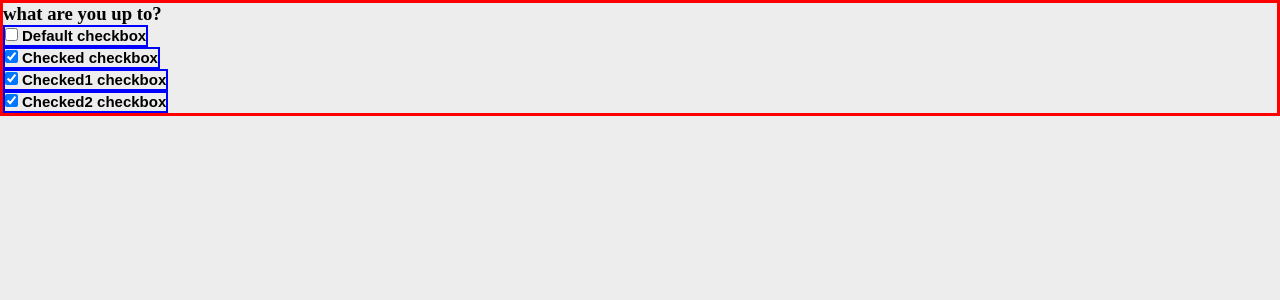
Repository: Grace229/Hasob-form
Page: index.html
An editor plug-in stored every save of this project. The page is shown before and after the next save, followed by the edit.
The browser window is 1280 px wide. The pictures show the whole page.

Above is the page before, as saved 2020-12-26 19:40:48.

### index.html
<!DOCTYPE html>
<html lang="en">
<head>
    <meta charset="UTF-8">
    <meta name="viewport" content="width=device-width, initial-scale=1.0">
    <title>Document</title>
    <link rel="stylesheet" href="style.css">
</head>
<body>
    <!-- Default checkbox -->
    <div class="container">
        <div class="question">
            <h3>what are you up to?</h3>
        </div>
<div class="form-check">
    <input
      class="form-check-input"
      type="checkbox"
      value=""
      id="flexCheckDefault"
    />
    <label class="form-check-label" for="flexCheckDefault">
      Default checkbox
    </label>
  </div>

  <!-- Checked checkbox -->
  <div class="form-check">
    <input
      class="form-check-input"
      type="checkbox"
      value=""
      id="flexCheckChecked"
      checked
    />
    <label class="form-check-label" for="flexCheckChecked">
      Checked checkbox
    </label>
  </div>
  <!-- Checked1 checkbox -->
  <div class="form-check">
    <input
      class="form-check-input"
      type="checkbox"
      value=""
      id="flexCheckChecked1"
      checked
    />
    <label class="form-check-label" for="flexCheckChecked">
      Checked1 checkbox
    </label>
  </div>
  <!-- Checked2 checkbox -->
  <div class="form-check">
    <input
      class="form-check-input"
      type="checkbox"
      value=""
      id="flexCheckChecked2"
      checked
    />
    <label class="form-check-label" for="flexCheckChecked">
      Checked2 checkbox
    </label>
  </div>
</div>
    <!-- <div class="container">
    <div class="mb-3">
        <label for="exampleFormControlInput1" class="form-label">Email address</label>
        <input type="email" class="form-control" id="exampleFormControlInput1" placeholder="name@example.com">
      </div>
      <div class="mb-3">
        <label for="exampleFormControlTextarea1" class="form-label">Example textarea</label>
        <textarea class="form-control" id="exampleFormControlTextarea1" rows="3"></textarea>
      </div>
    </div> -->
    <!-- <form> -->
        <!-- radio button -->
        <!-- <div>
            <label for="">1: Lorem ipsum dolor sit amet consectetur adipisicing elit? </label> <br>
                <input type="radio" name="gender" value="male" class="input" checked> male
                <input type="radio" name="gender" value="male" class="input"> male
                <input type="radio" name="gender" value="male" class="input"> male
                <input type="radio" name="gender" value="male" class="input"> male
        </div> -->
        <!-- dropdown -->
        <!-- <div>
            <label for="">2: Lorem ipsum dolor sit amet consectetur adipisicing elit? </label><br>
               <select name="" id="">
                   <option value="male" class="input">
                    male
                   </option>
                   <option value="male" class="input">
                    male
                   </option>
                   <option value="male" class="input">
                    male
                   </option>
                   <option value="male" class="input">
                    male
                   </option>
               </select>
        </div> -->
        <!-- checkboxes -->
          <!-- <div>
            <label for="">3: Lorem ipsum dolor sit amet consectetur adipisicing elit? </label><br>
               <input type="checkbox" name="gender" value="male" class="input" checked> male
                <input type="checkbox" name="gender" value="male" class="input"> male
                <input type="checkbox" name="gender" value="male" class="input"> male
                <input type="checkbox" name="gender" value="male" class="input"> male
        </div> -->
        <!-- textbox -->
        <!-- <div>
            <label for=""> 4: Email</label> <br>
            <input type="email" name="email" id="">
        </div>
   </form> -->
</body>
</html>

### style.css
*{
    padding: 0;
    margin: 0;
    background-color: rgb(237, 237, 238);
}
label{
    font-size: 15px;
    font-weight: bold;
    font-family: sans-serif;
}
input{
    line-height: 3px;
}
.form-check{
    border: solid 2px blue;
    width: fit-content;
}
.container{
    border: solid 3px red;
    width: ;
}

After the next save:
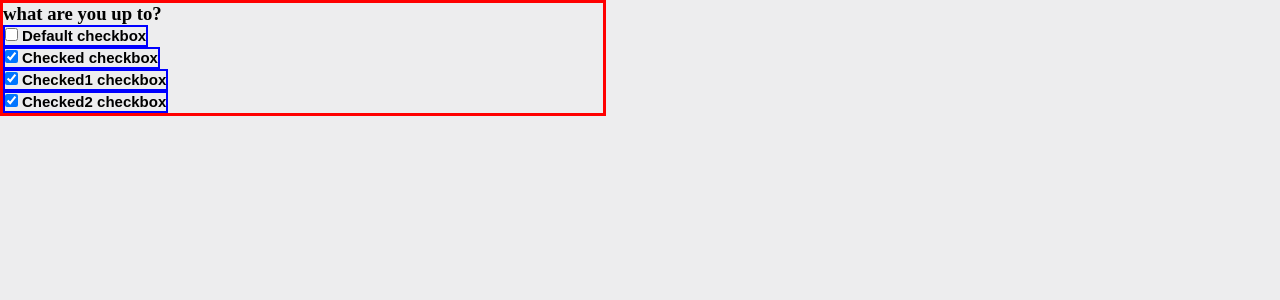
Saved 5 s later.
--- a/style.css
+++ b/style.css
@@ -17,5 +17,5 @@ input{
 }
 .container{
     border: solid 3px red;
-    width: ;
+    width: 600px;
 }
